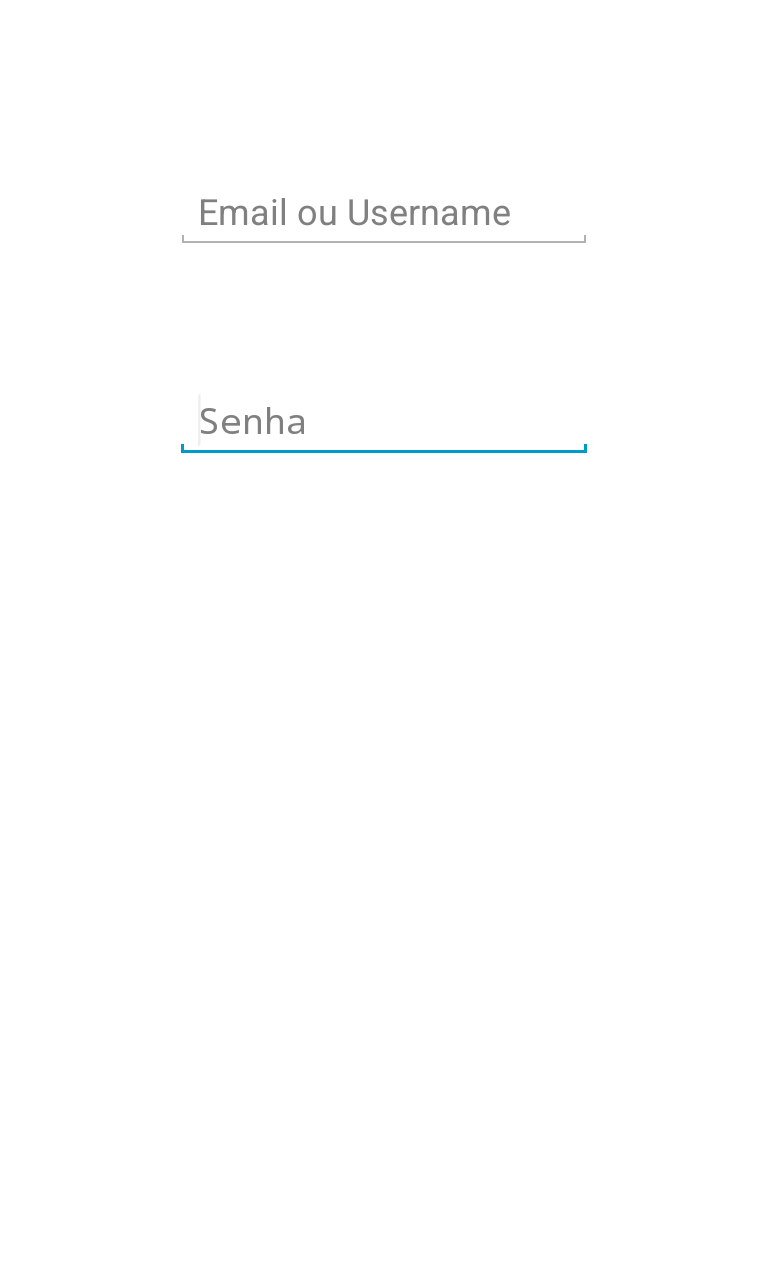
Repository: sergiofffilho/TrocandoIdeias
Layout: workspace/TrocandoIdeias/res/layout/activity_tela_login.xml
The author's editor kept a copy of each file at every save. The layout is drawn from the files as they stood at one save, then again after the next save.
It is drawn on a 768 x 1280 px phone screen (xhdpi) without system bars, with theme AppTheme; the app's code is not run. The app's manifest (not shown) leaves right-to-left support off. So textAlignment, textDirection and layoutDirection are ignored, and left and right values win over start and end ones.

Above is the layout before, as saved 2015-04-25 14:48:43.

After the next save:
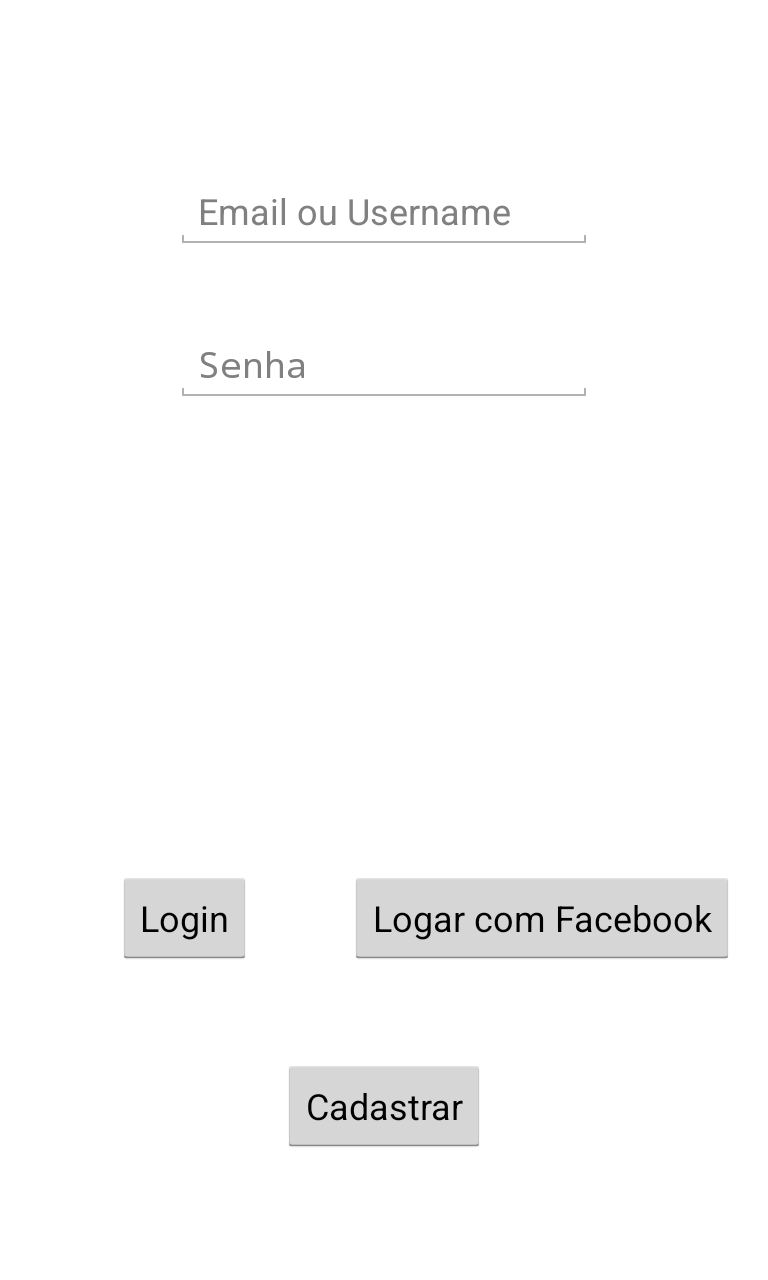
Saved 92 s later.
--- a/workspace/TrocandoIdeias/res/layout/activity_tela_login.xml
+++ b/workspace/TrocandoIdeias/res/layout/activity_tela_login.xml
@@ -24,12 +24,37 @@
         android:layout_height="wrap_content"
         android:layout_below="@+id/editText1"
         android:layout_centerHorizontal="true"
-        android:layout_marginTop="65dp"
+        android:layout_marginTop="37dp"
         android:ems="10"
         android:hint="@string/senha"
-        android:inputType="textPassword" >
+        android:inputType="textPassword" />
 
-        <requestFocus />
-    </EditText>
+    <Button
+        android:id="@+id/button3"
+        android:layout_width="wrap_content"
+        android:layout_height="wrap_content"
+        android:layout_alignParentBottom="true"
+        android:layout_centerHorizontal="true"
+        android:layout_marginBottom="47dp"
+        android:text="@string/cadastrar" />
+
+    <Button
+        android:id="@+id/button2"
+        android:layout_width="wrap_content"
+        android:layout_height="wrap_content"
+        android:layout_alignBaseline="@+id/button1"
+        android:layout_alignBottom="@+id/button1"
+        android:layout_alignParentEnd="true"
+        android:text="@string/facebook" />
+
+    <Button
+        android:id="@+id/button1"
+        android:layout_width="wrap_content"
+        android:layout_height="wrap_content"
+        android:layout_above="@+id/button3"
+        android:layout_marginBottom="46dp"
+        android:layout_marginRight="14dp"
+        android:layout_toLeftOf="@+id/button3"
+        android:text="@string/logar" />
 
 </RelativeLayout>
